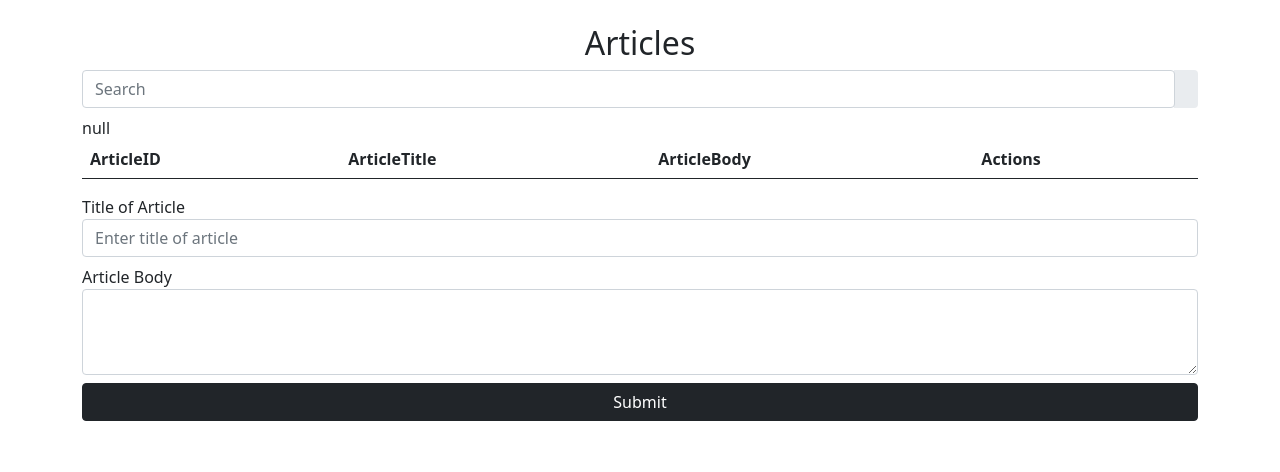
Repository: 736f666961/firstwebapp
Page: http://localhost/firstwebapp/
The author's editor kept a copy of each file at every save. The page is drawn from the files as they stood at one save, then again after the next save.
The browser window is 1280 px wide. The pictures show the whole page.
The page is served by Tomcat 9. Queries for data that is not in the repository find no rows.

Above is the page before, as saved 2021-02-04 05:38:07.

After the next save:
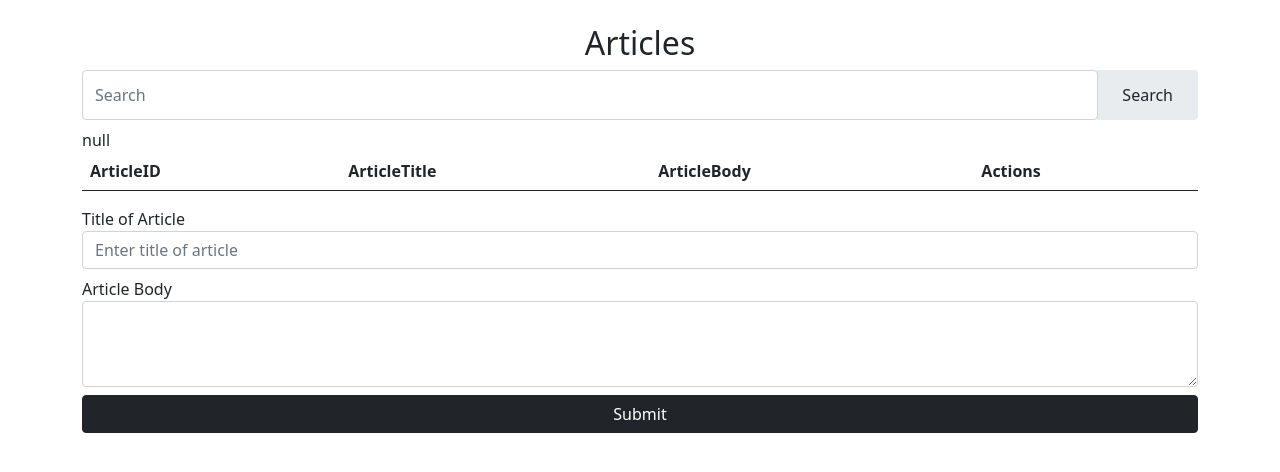
Saved 43 s later.
--- a/firstwebapp/src/main/webapp/index.jsp
+++ b/firstwebapp/src/main/webapp/index.jsp
@@ -28,6 +28,7 @@
 					    aria-describedby="search-addon" />
 					  <span class="input-group-text border-0" id="search-addon">
 					    <!-- <a href="<%= request.getContextPath() + "/searchArticle" %>" class="btn">Search</a> -->
+					    <a href="<%= request.getContextPath() + "/searchArticle?q=" + request.getParameter("first_name") %>" class="btn">Search</a>
 					  </span>
 					</div>
 	            <%
